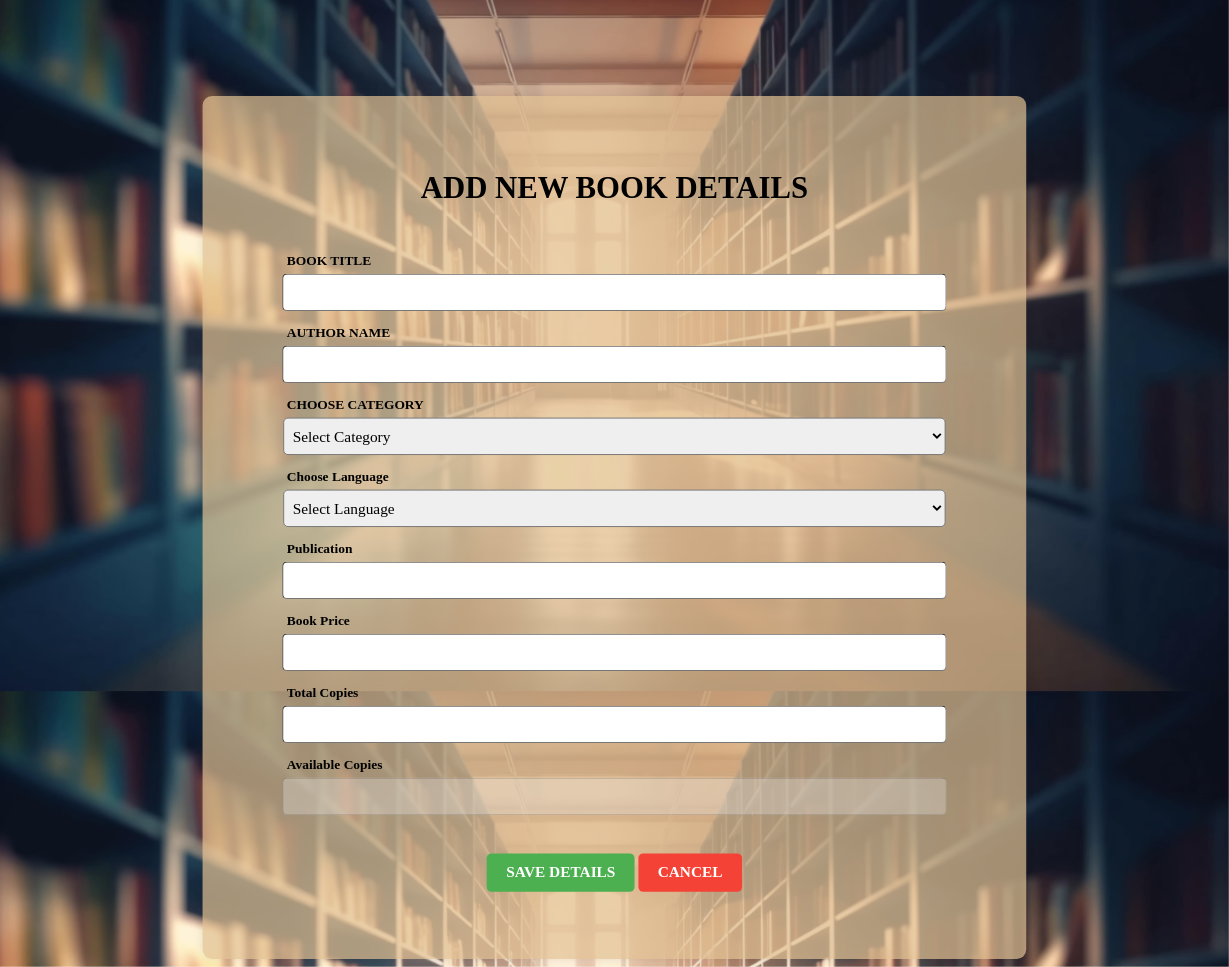
Repository: devikrishna908/RURAL-LIBRARY-MANAGEMENT
Page: http://localhost/library-management/WEB-INF/jsp/add-book.jsp
An editor plug-in stored every save of this project. The page is shown before and after the next save, followed by the edit.
The browser window is 1280 px wide. The pictures show the whole page, at 96% of full size.
Backgrounds fixed to the window are drawn as part of the page. The page is served by Tomcat 9. Nobody is signed in. The template is opened directly, without the code that normally fills it, so the values that code supplies are empty.

Above is the page before, as saved 2024-05-24 07:41:59.

After the next save:
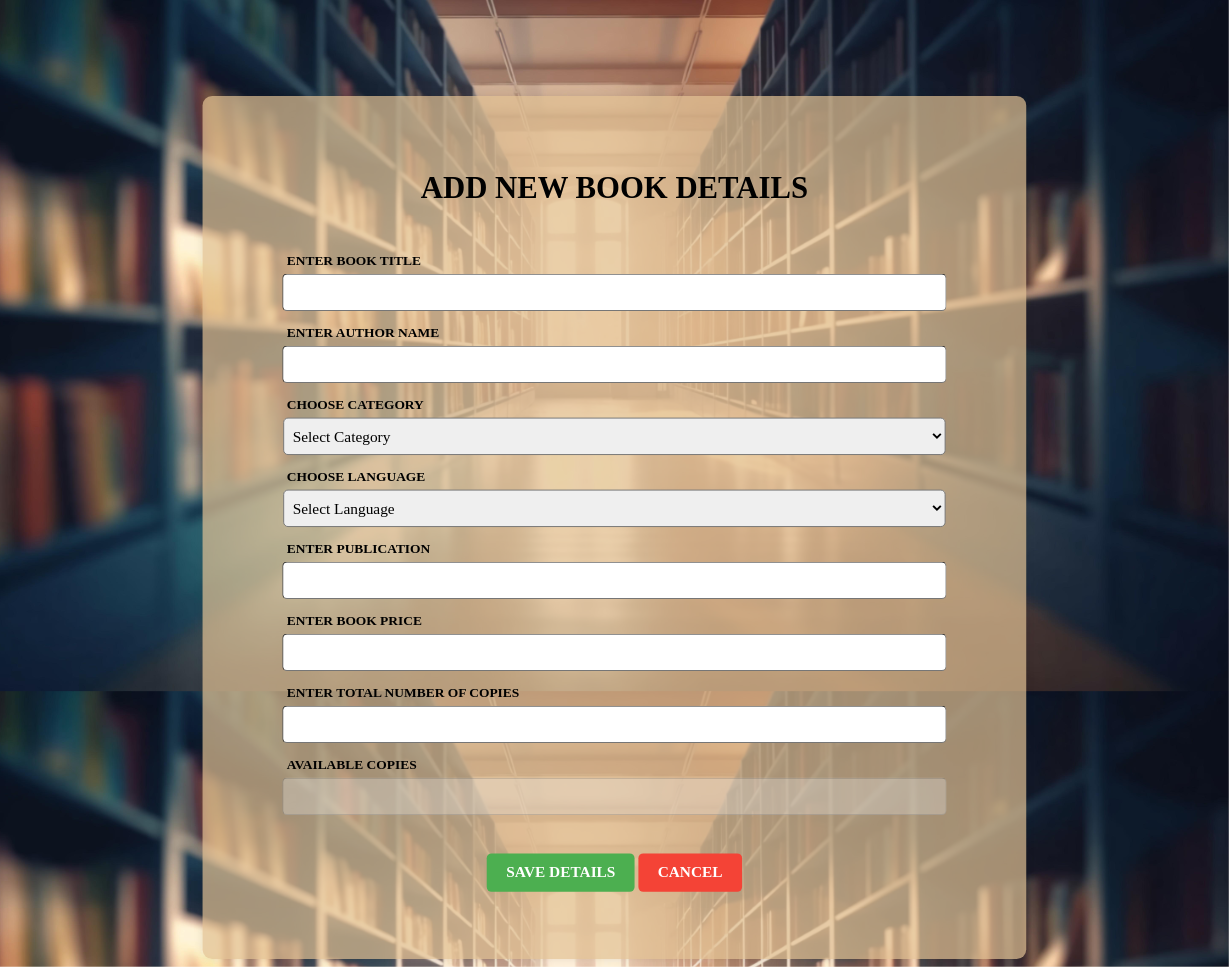
Saved 107 s later.
--- a/library-management/src/main/webapp/WEB-INF/jsp/add-book.jsp
+++ b/library-management/src/main/webapp/WEB-INF/jsp/add-book.jsp
@@ -15,10 +15,10 @@
 		<div class="form-container">
 			<form name="create" method="post" action="/save-book" onsubmit="return validateForm()">
 
-	    	    <label for="bookTitle">BOOK TITLE</label>
+	    	    <label for="bookTitle">ENTER BOOK TITLE</label>
     	    	<input type="text" id="bookTitle" name="bookTitle"><br>
 
-		        <label for="author">AUTHOR NAME</label>
+		        <label for="author">ENTER AUTHOR NAME</label>
     		    <input type="text" id="author" name="author"><br>
 
 				<label for="category">CHOOSE CATEGORY</label>
@@ -42,7 +42,7 @@
 					<option value="SCIENCE">SCIENCE</option>
 				</select>
 
-				<label for="language">Choose Language</label>
+				<label for="language">CHOOSE LANGUAGE</label>
 				<select id="language" name="language">
 					<option value="nil">Select Language</option>
 					<option value="ENGLISH">ENGLISH</option>
@@ -50,16 +50,16 @@
 					<option value="HINDI">HINDI</option>
 				</select>
 
-		        <label for="publication">Publication</label>
+		        <label for="publication">ENTER PUBLICATION</label>
     		    <input type="text" id="publication" name="publication"><br>
 
-		        <label for="price">Book Price</label>
+		        <label for="price">ENTER BOOK PRICE</label>
     		    <input type="text" id="price" name="price"><br>
 
-		        <label for="total">Total Copies</label>
+		        <label for="total">ENTER TOTAL NUMBER OF COPIES</label>
     		    <input type="text" id="total" name="total" oninput="updateAvailableCopies()"><br>
 
-		        <label for="available">Available Copies</label>
+		        <label for="available">AVAILABLE COPIES</label>
     		    <input type="text" id="available" name="available" disabled><br>
 
 				<div class="input-button">
